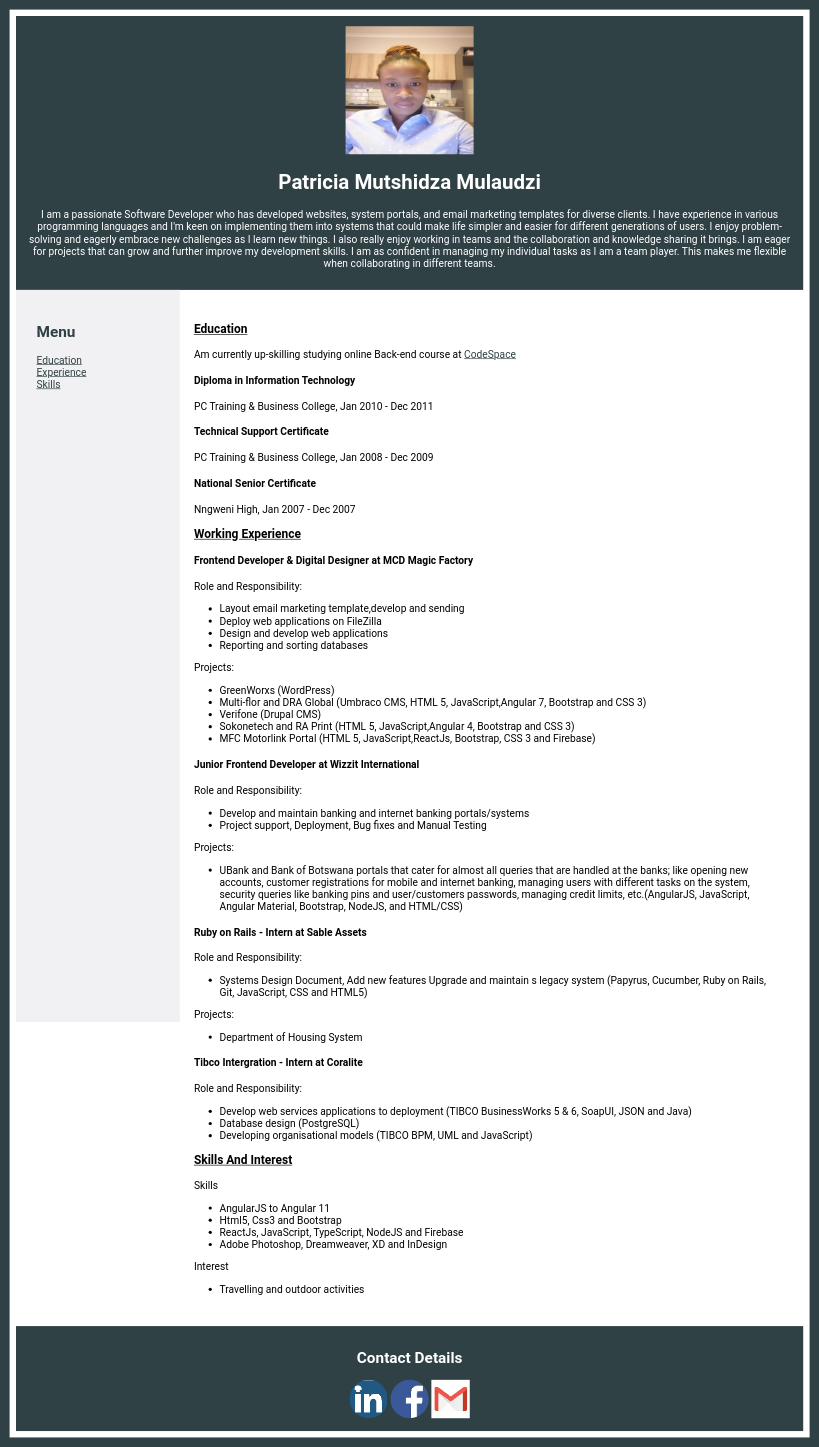
Repository: Patricious/Digital-Resume-01
Page: index.html
The author's editor kept a copy of each file at every save. The page is drawn from the files as they stood at one save, then again after the next save.
The browser window is 1280 px wide. The pictures show the whole page, at 64% of full size.

Above is the page before, as saved 2021-08-23 11:44:22.

### index.html
<!DOCTYPE html>
<html>

<head>
    <title>Patricia Digital Resume</title>
    <meta charset="utf-8">
    <meta name="viewport" content="width=device-width, initial-scale=1">
    <link rel="stylesheet" type="text/css" href="css/stylesheet.css">
</head>

<body scroll="yes">

    <header>
        <img src="img/IMG_20200502_085519.jpg" alt="profile" width="200" height="200" />
        <h1>Patricia Mutshidza Mulaudzi</h1>
        <p>I am a passionate Software Developer who has developed websites, system portals, and email marketing templates for diverse clients. I have experience in various programming languages and I'm keen on implementing them into systems that could make
            life simpler and easier for different generations of users. I enjoy problem-solving and eagerly embrace new challenges as I learn new things. I also really enjoy working in teams and the collaboration and knowledge sharing it brings. I am
            eager for projects that can grow and further improve my development skills. I am as confident in managing my individual tasks as I am a team player. This makes me flexible when collaborating in different teams.</p>
    </header>
    <section>
        <aside>
            <h2>Menu</h2>
            <ul class="nav">
                <li>
                    <a href="#education">Education</a>
                </li>
                <li>
                    <a href="#experience">Experience</a>
                </li>
                <li>
                    <a href="#skills">Skills</a>
                </li>

            </ul>
        </aside>

        <article>
            <h3 id="education"> <span>Education</span>
            </h3>
            <p> Am currently up-skilling studying online Back-end course at
                <a href="https://www.codespace.co.za/courses/?matchtype=b&device=c&keyword=codespace&adgroupid=81088003381&utm_campaign=8148639553&utm_source=google&utm_medium=cpc&gclid=EAIaIQobChMIkP_7q8bG8gIV1uvtCh0w7A1-EAAYASAAEgL34vD_BwE"> CodeSpace</a>
            </p>

            <h4>Diploma in Information Technology </h4>

            <p>PC Training & Business College, Jan 2010 - Dec 2011</p>
            <h4>Technical Support Certificate </h4>


            <p>PC Training & Business College, Jan 2008 - Dec 2009</p>

            <h4>National Senior Certificate</h4>


            <p>Nngweni High, Jan 2007 - Dec 2007</p>


            <h3 id="experience"> Working Experience</h3>
            <h4>Frontend Developer & Digital Designer at MCD Magic Factory
            </h4>
            <p>Role and Responsibility:</p>
            <ul>
                <li>Layout email marketing template,develop and sending</li>
                <li> Deploy web applications on FileZilla</li>
                <li>Design and develop web applications</li>
                <li>Reporting and sorting databases</li>
            </ul>
            <p>Projects:</p>
            <ul>
                <li>GreenWorxs (WordPress)</li>
                <li>Multi-flor and DRA Global (Umbraco CMS, HTML 5, JavaScript,Angular 7, Bootstrap and CSS 3)</li>
                <li>Verifone (Drupal CMS)</li>
                <li>Sokonetech and RA Print (HTML 5, JavaScript,Angular 4, Bootstrap and CSS 3)</li>
                <li>MFC Motorlink Portal (HTML 5, JavaScript,ReactJs, Bootstrap, CSS 3 and Firebase)</li>
            </ul>

            <h4>Junior Frontend Developer at Wizzit International
            </h4>
            <p>Role and Responsibility:</p>
            <ul>
                <li>Develop and maintain banking and internet banking portals/systems</li>
                <li>Project support, Deployment, Bug fixes and Manual Testing</li>

            </ul>
            <p>Projects:</p>
            <ul>
                <li>UBank and Bank of Botswana portals that cater for almost all queries that are handled at the banks; like opening new accounts, customer registrations for mobile and internet banking, managing users with different tasks on the system, security
                    queries like banking pins and user/customers passwords, managing credit limits, etc.(AngularJS, JavaScript, Angular Material, Bootstrap, NodeJS, and HTML/CSS)</li>
            </ul>

            <h4>Ruby on Rails - Intern at Sable Assets
            </h4>
            <p>Role and Responsibility:</p>
            <ul>
                <li>Systems Design Document, Add new features Upgrade and maintain s legacy system (Papyrus, Cucumber, Ruby on Rails, Git, JavaScript, CSS and HTML5)</li>

            </ul>
            <p>Projects:</p>
            <ul>
                <li>Department of Housing System</li>
            </ul>

            <h4>Tibco Intergration - Intern at Coralite
            </h4>
            <p>Role and Responsibility:</p>
            <ul>
                <li>Develop web services applications to deployment (TIBCO BusinessWorks 5 & 6, SoapUI, JSON and Java)
                </li>
                <li>Database design (PostgreSQL)</li>
                <li>Developing organisational models (TIBCO BPM, UML and JavaScript)</li>
            </ul>


            <h3 id="skills">Skills And Interest</h3>
            <p>Skills</p>
            <ul>
                <li>AngularJS to Angular 11</li>
                <li>Html5, Css3 and Bootstrap</li>
                <li>ReactJs, JavaScript, TypeScript, NodeJS and Firebase</li>
                <li>Adobe Photoshop, Dreamweaver, XD and InDesign</li>
            </ul>
            <p>Interest </p>
            <ul>
                <li>Travelling and outdoor activities</li>
            </ul>
        </article>
    </section>


    <footer>
        <h2>Contact Details</h2>
        <a href="https://www.linkedin.com/in/patricia-mulaudzi-93b526101/" target="_blank"><img src="img/in.png" alt="LinkedIN" class="circle"></a>
        <a href="https://www.facebook.com/patricia.mulaudzi.1/" target="_blank"><img src="img/fb.png" alt="Facebook" class="circle"></a>
        <a href="mailto:mulaudzi689@gmail.com"><img src="img/gm.png" alt="Gmail"></a>
    </footer>
</body>

</html>

### css/stylesheet.css
    body {
        font-family: 'Roboto', sans-serif;
        font-size: 100%;
        background-color: #ffffff;
        margin: 10px;
        overflow-y: scroll;
    }

    html {
        border: 15px solid #304145;
    }

    header {
        text-align: center;
        background-color: #304145;
        color: #ffffff;
        padding: 1em;
    }

    aside {
        background-color: #F1F1F3;
        color: #304145;
        width: 15%;
        padding: 2em;
        height: 150%;
        float: left;
        position: absolute;
        flex: 0 0 auto;
    }

    h3 {
        text-decoration: underline;
    }

    article {
        padding: 2em;
        margin-left: 20%;
    }

    .profile {
        border-radius: 100px;
        border: 2px solid #F1F1F3;
    }

    .circle {
        border-radius: 100px;
        padding: ;
    }

    .nav {
        list-style-type: none;
        margin: 0;
        padding: 0;
    }

    a {
        color: #304145;
    }

    footer {
        background-color: #304145;
        text-align: center;
        color: #ffffff;
        padding: 1em;
    }

After the next save:
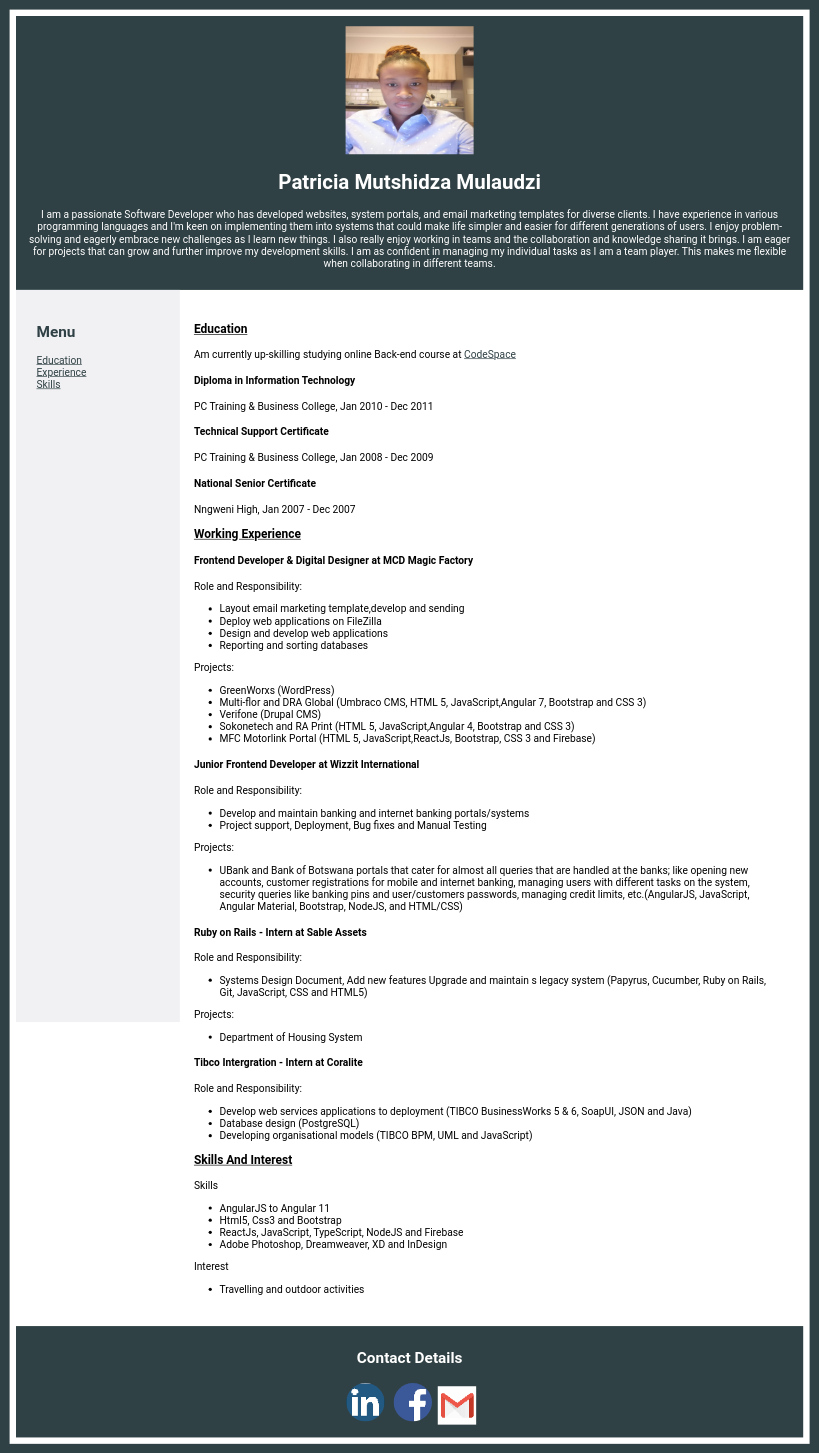
Saved 4 s later.
--- a/css/stylesheet.css
+++ b/css/stylesheet.css
@@ -44,7 +44,7 @@
 
     .circle {
         border-radius: 100px;
-        padding: ;
+        padding: 5px;
     }
 
     .nav {
